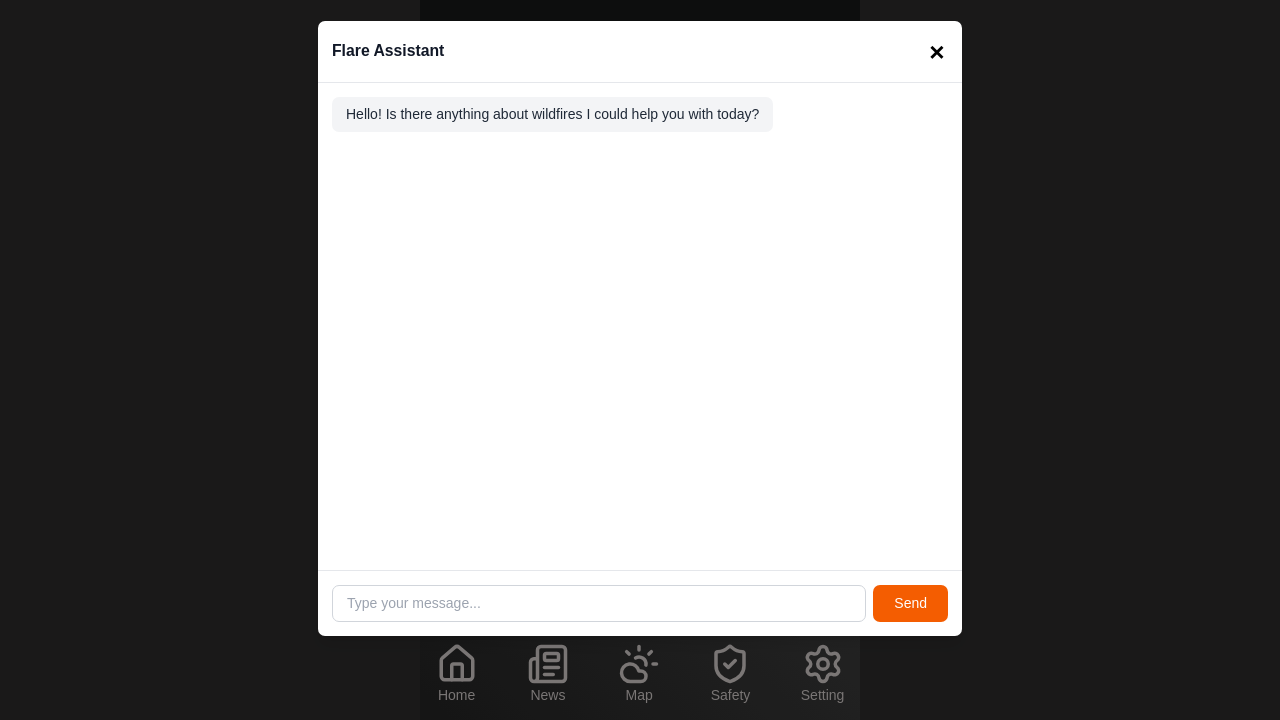
Repository: BCITKevin/Flare_IDSP
Page: /safety, after clicking the first element matching `button.flex`
These files come from the project's save history. The page is drawn as it stood at one moment and after the next save; the edit follows.
The browser window is 1280 px wide. The pictures show the whole page.
An inner scrolling area shows only its first screen. Some web fonts or font styles are not loaded; a fallback is used. The project was rebuilt for these pictures with package versions that can differ from the ones it lists, and the page was loaded fresh each time. The framework's server and built-in components were replaced by stand-ins that run in the browser. Also part of the build but not shown: next.config.js, next.config.mjs.

Above is the page before, as saved 2024-11-30 08:20:06.

After the next save:
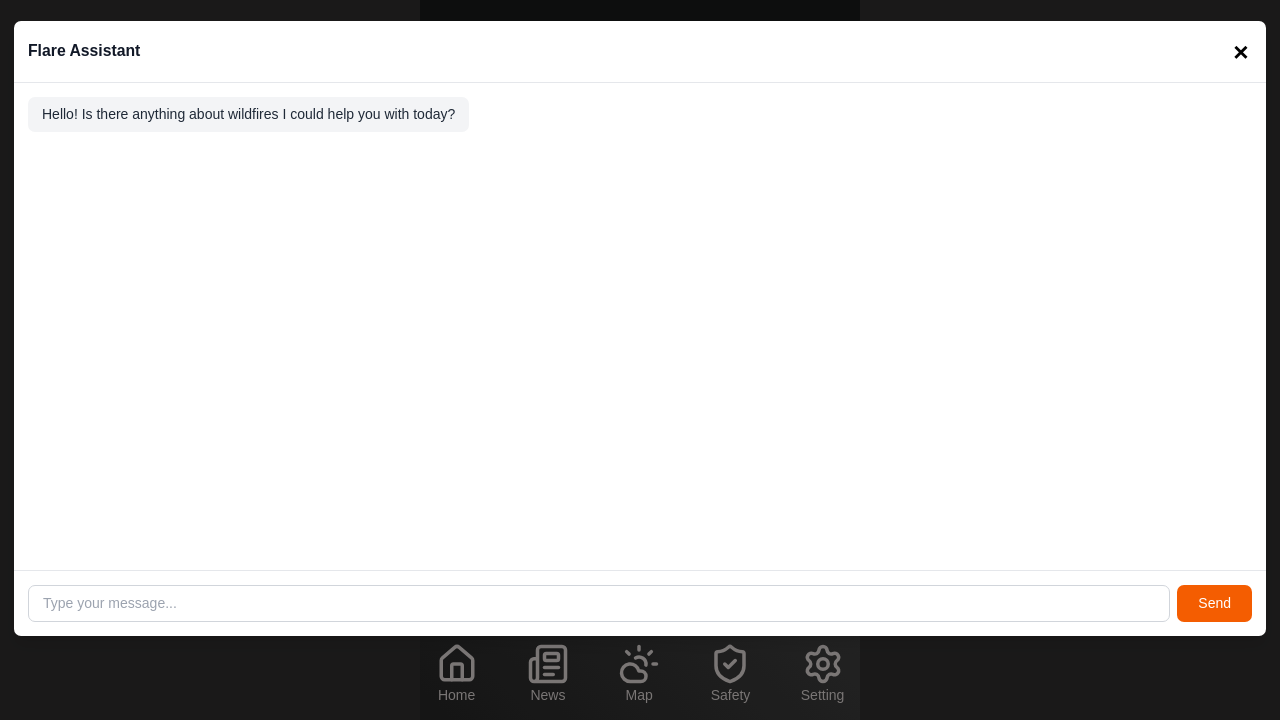
Saved 3 min 19 s later.
--- a/src/app/safety/page.tsx
+++ b/src/app/safety/page.tsx
@@ -222,7 +222,7 @@
                 {showChat ? (
                     <>
                         <div className="justify-center items-center flex overflow-x-hidden overflow-y-auto fixed inset-0 z-50 outline-none focus:outline-none">
-                            <div className="relative w-full h-full mx-auto max-w-3xl px-4 pt-6 pb-24">
+                            <div className="relative w-full h-full mx-auto px-4 pt-6 pb-24">
                                 <div className="border-0 rounded-lg shadow-lg relative flex flex-col w-full h-full bg-white outline-none focus:outline-none">
                                     {/* Header */}
                                     <div className="flex items-center justify-between p-4 border-b border-solid border-gray-200">

After the save that followed:
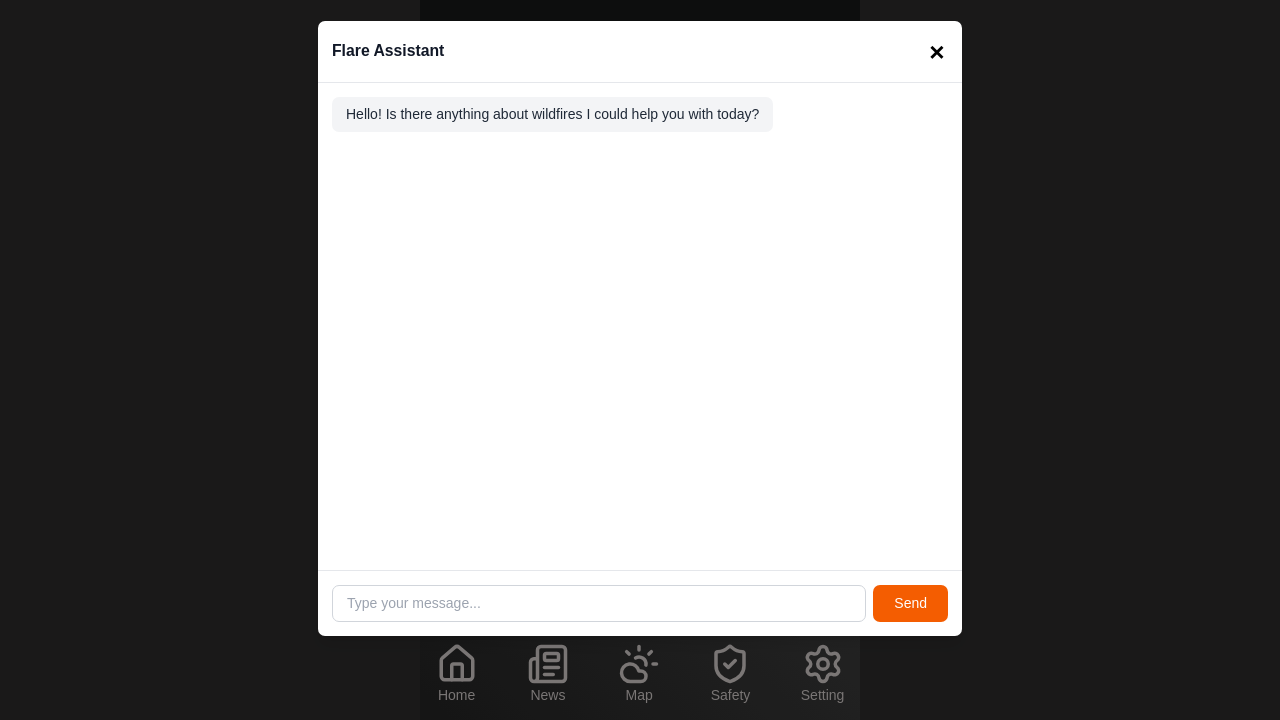
Saved 13 s later.
--- a/src/app/safety/page.tsx
+++ b/src/app/safety/page.tsx
@@ -222,7 +222,7 @@
                 {showChat ? (
                     <>
                         <div className="justify-center items-center flex overflow-x-hidden overflow-y-auto fixed inset-0 z-50 outline-none focus:outline-none">
-                            <div className="relative w-full h-full mx-auto px-4 pt-6 pb-24">
+                            <div className="relative w-full h-full mx-auto max-w-3xl px-4 pt-6 pb-24">
                                 <div className="border-0 rounded-lg shadow-lg relative flex flex-col w-full h-full bg-white outline-none focus:outline-none">
                                     {/* Header */}
                                     <div className="flex items-center justify-between p-4 border-b border-solid border-gray-200">
